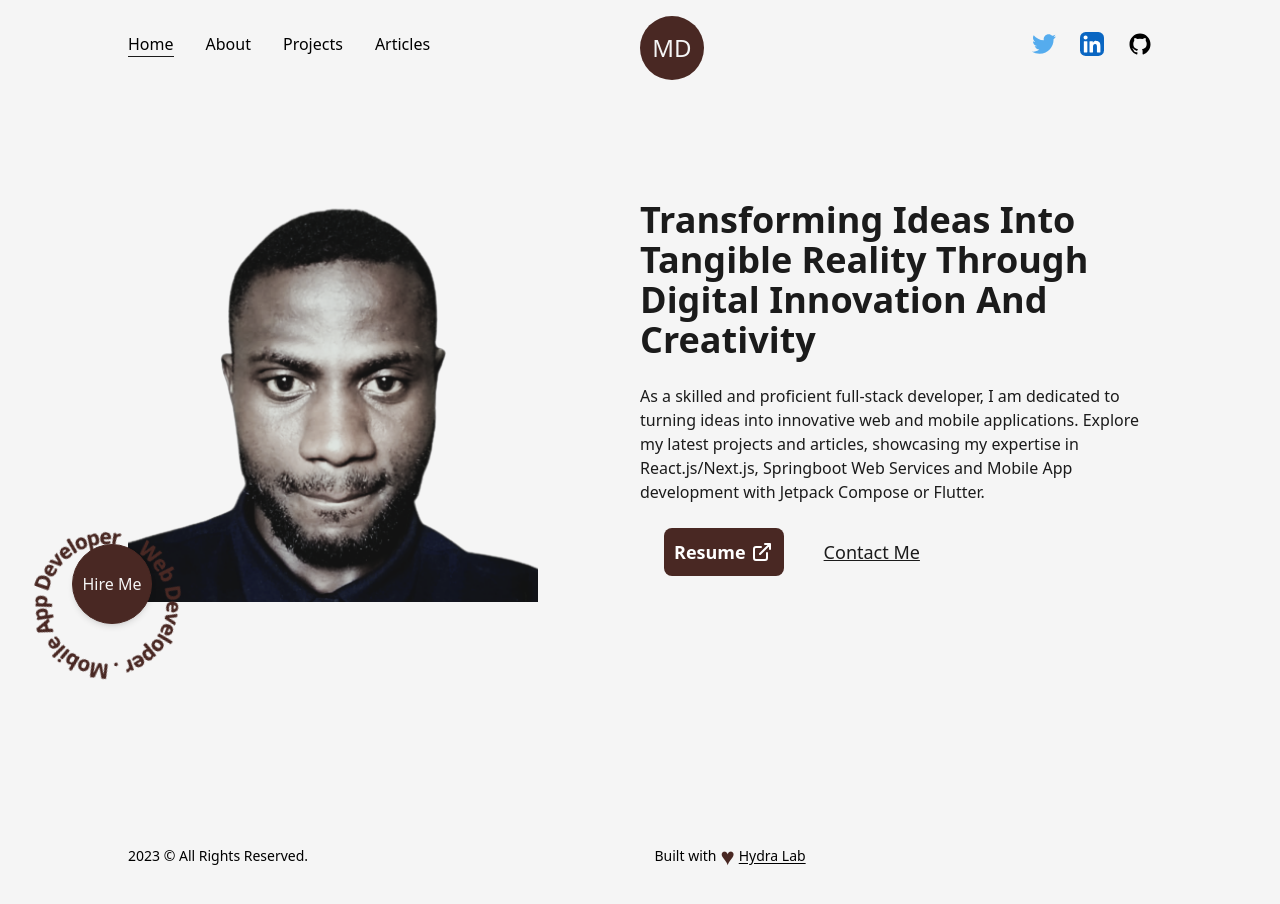
Repository: marcusdashe/situs
Page: /
These files come from the project's save history. The page is drawn as it stood at one moment and after the next save; the edit follows.
The browser window is 1280 px wide. The pictures show the whole page.
The project was rebuilt for these pictures with package versions that can differ from the ones it lists, and the page was loaded fresh each time. The framework's server and built-in components were replaced by stand-ins that run in the browser.

Above is the page before, as saved 2023-06-16 18:29:28.

After the next save:
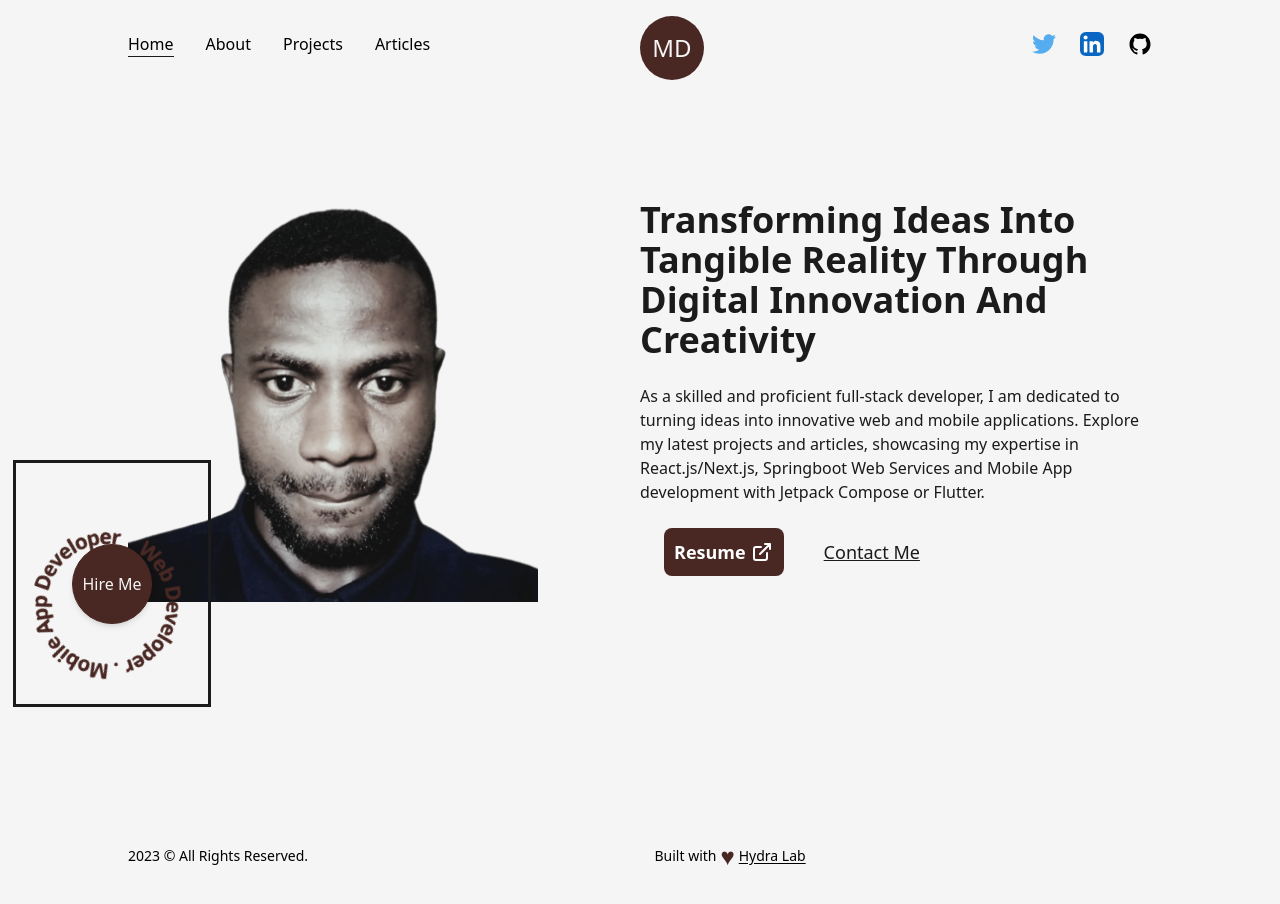
Saved 4 min 6 s later.
--- a/src/components/HireMe.jsx
+++ b/src/components/HireMe.jsx
@@ -4,7 +4,7 @@ import Link from "next/link";
 
 const HireMe = () => {
   return (
-    <div className="fixed left-4 bottom-4 flex items-center justify-center overflow-hidden">
+    <div className="fixed left-4 bottom-4 flex items-center justify-center overflow-hidden outline">
       <div className="w-48 h-auto flex items-center justify-center relative">
         <CircularText className="fill-primaryDark animate-spin-slow" />
 
